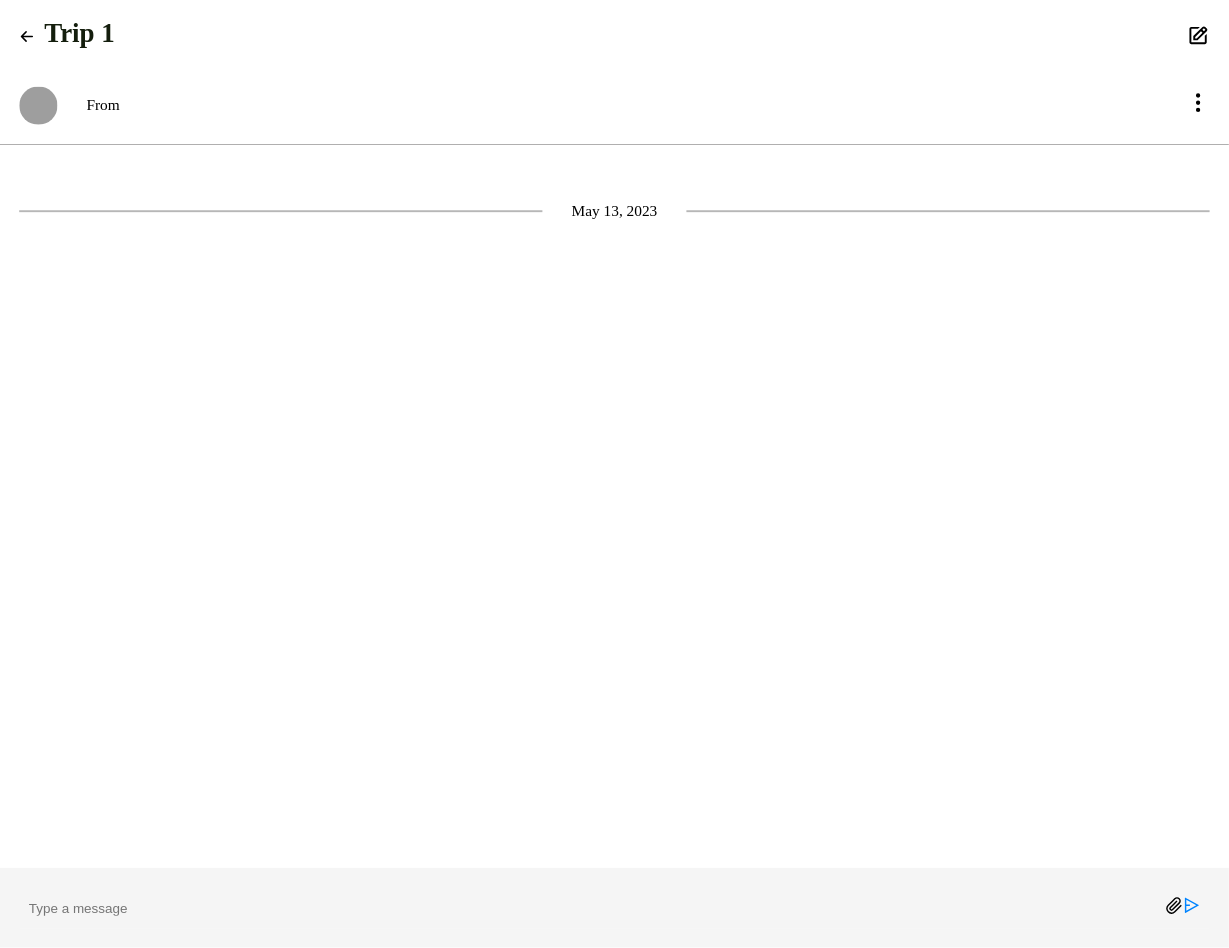
Repository: Abhi2359/PWA_Corider
Page: /
The author's editor kept a copy of each file at every save. The page is drawn from the files as they stood at one save, then again after the next save.
The browser window is 1280 px wide. The pictures show the whole page, at 96% of full size.
Pictures or frames that could not be fetched are drawn as grey boxes. The page's requests for data from a server got no answer. The project was rebuilt for these pictures with package versions that can differ from the ones it lists, and the page was loaded fresh each time. No one was signed in, and anything a server would have sent is missing. Also part of the build but not shown: vite.config.js, src/Chat.css, src/Chat.jsx.

Above is the page before, as saved 2023-05-13 14:24:21.

After the next save:
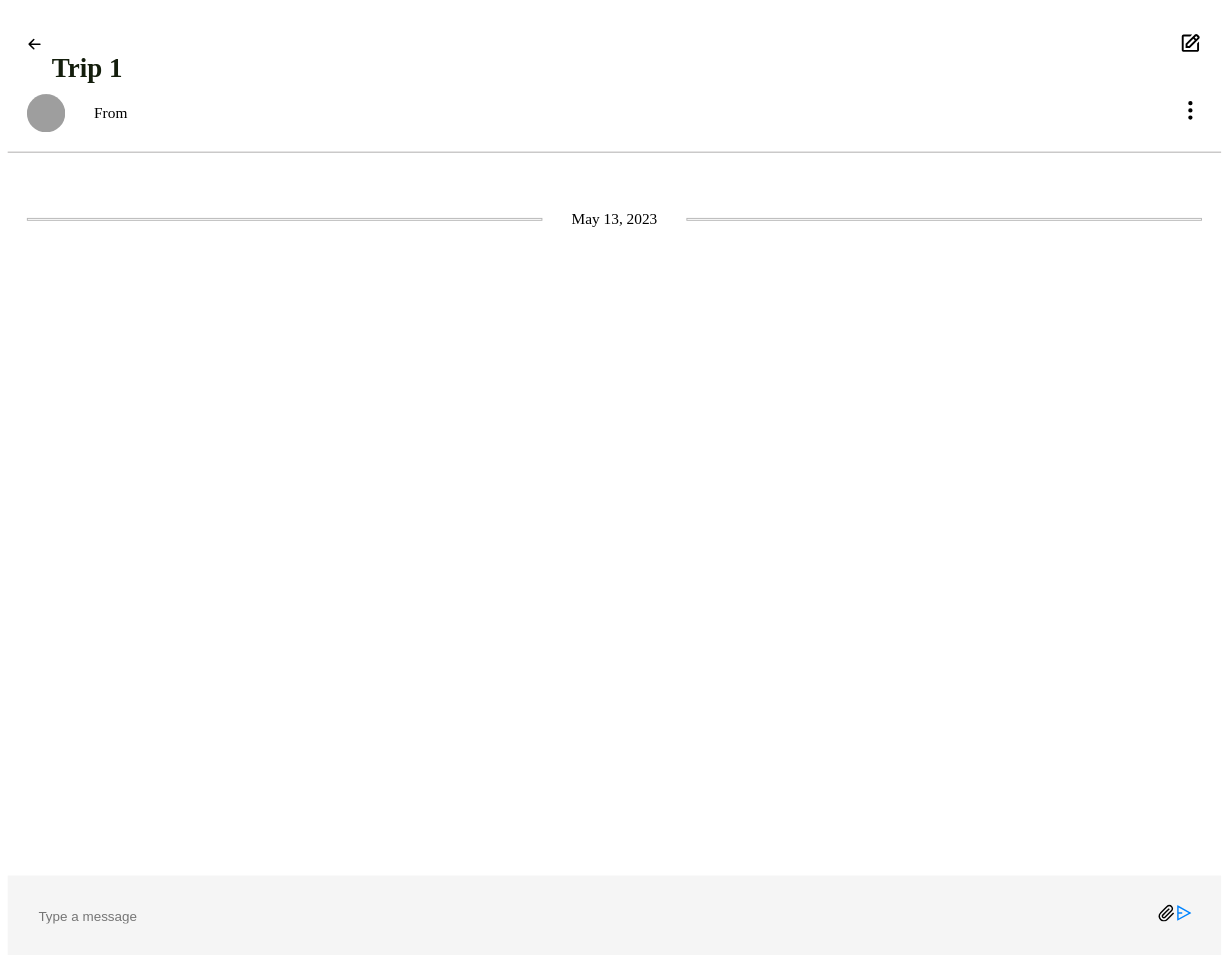
Saved 7 s later.
--- a/src/App.css
+++ b/src/App.css
@@ -1,8 +1,4 @@
-*{
-    margin: 0;
-    padding: 0;
-    box-sizing: border-box;
-}
+
 
 .layout{
   height: 100vh;
